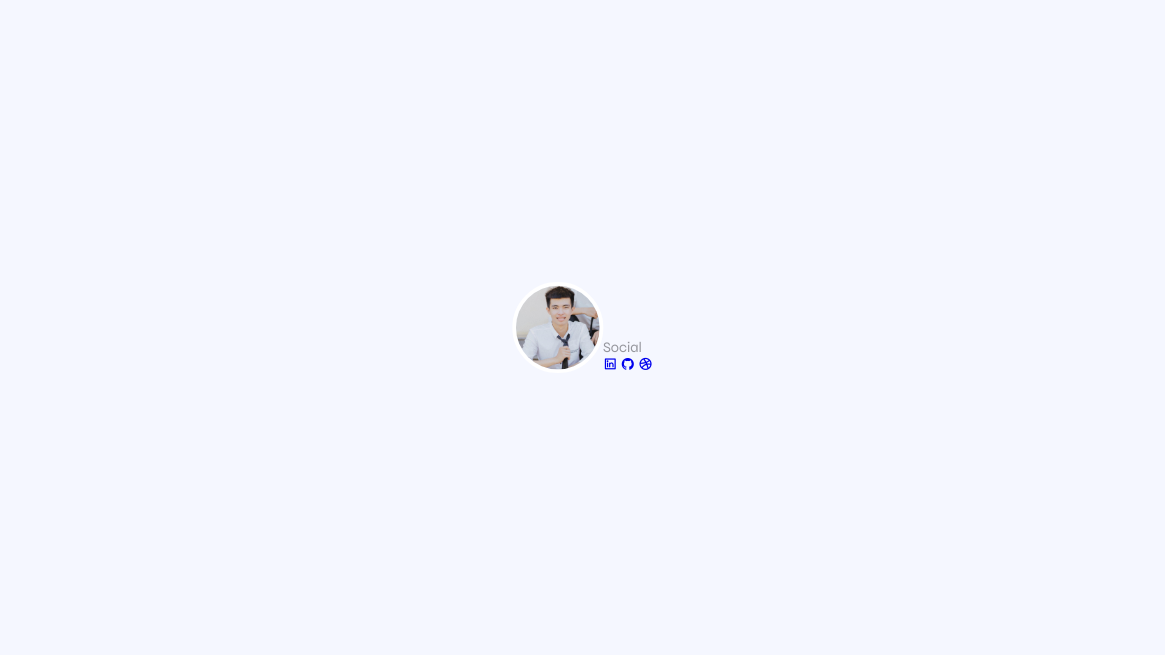
Repository: dinhhaidh/Profile
Page: index.html
An editor plug-in stored every save of this project. The page is shown before and after a run of saves, followed by the edit.
The browser window is 1280 px wide. The pictures show the whole page, at 91% of full size.
Some web libraries are served in a nearby version.

Above is the page before, as saved 2024-02-29 08:58:31.

### index.html
<!DOCTYPE html>
<html lang="en">
<head>
    <meta charset="UTF-8">
    <meta name="viewport" content="width=device-width, initial-scale=1.0">

    <!--=============== REMIXICONS ===============-->
    <link rel="stylesheet" href="https://cdnjs.cloudflare.com/ajax/libs/remixicon/4.0.1/remixicon.css">

    <!--=============== CSS ===============-->
    <link rel="stylesheet" href="style.css">

    <title>Profile card with tooltip</title>
</head>
<body>
    <div class="container">
        <article class="card__article">
            <div class="card__profile">
                <img src="./img/img.jpg" alt="image" class="card__profile-img">
            </div>

            <div class="card__tooltip">
                <div class="card__content">
                    <header class="card__header">
                        <span>Social</span>

                        <div class="card__social">
                            <a href="https://www.linkedin.com" target="_blank">
                                <i class="ri-linkedin-box-line"></i>
                            </a>

                            <a href="https://www.github.com" target="_blank">
                                <i class="ri-github-fill"></i>
                            </a>

                            <a href="https://www.dribbble.com" target="_blank">
                                <i class="ri-dribbble-line"></i>
                            </a>
                        </div>
                    </header>

                    <div class="card__data">
                        <div class="card__image">
                            <div class="card__mask">

                            </div>
                        </div>
                    </div>
                </div>
            </div>
        </article>
    </div>
</body>
</html>

### style.css
/*=============== GOOGLE FONTS ===============*/
@import url("https://fonts.googleapis.com/css2?family=Syne:wght@400;500;600&display=swap");

/*=============== VARIABLES CSS ===============*/
:root {
    /*========== Colors ==========*/
    /*Color mode HSL(hue, saturation, lightness)*/
    --first-color: hsl(230, 100%, 50%);
    --second-color: hsl(150, 100%, 38%);
    --title-color: hsl(230, 24%, 12%);
    --text-color: hsl(230, 4%, 60%);
    --gray-color: hsl(230, 24%, 88%);
    --border-color: hsl(230, 4%, 92%);
    --body-color: hsl(230, 100%, 98%);
    --container-color: hsl(0, 0%, 100%);

    /*========== Font and typography ==========*/
    /*.5rem = 8px | 1rem = 16px ...*/
    --body-font: "Syne", sans-serif;
    --h2-font-size: 1.25rem;
    --normal-font-size: 1rem;
}

/*=============== BASE ===============*/
* {
    box-sizing: border-box;
    padding: 0;
    margin: 0;
}

body {
    font-family: var(--body-font);
    font-size: var(--normal-font-size);
    background-color: var(--body-color);
    color: var(--text-color);
}

a {
    text-decoration: none;
}

img {
    display: block;
    max-width: 100%;
    height: auto;
}

/*=============== CARD ===============*/
.container{
    height: 100vh;
    display: grid;
    place-items: center;
    margin-inline: 1.5rem;
    padding-block: 7rem;
}
.card__article{
    position: relative;
    align-items: flex-end;
    display: flex;
    justify-content: center;
}
.card__profile{
    width: 100px;
    height: 100px;
    background-color: var(--gray-color);
    border-radius: 50%;
    overflow: hidden;
    display:flex;
    align-items: flex-end;
    justify-content: center;
    border: 4px solid var(--container-color);
    z-index: 5;
}
.card__profile-img{
    width: 95px;
}

/* Scale profile image */


/* Show tooltip card */


/*=============== BREAKPOINTS ===============*/
/* For medium devices */

After the next 2 saves:
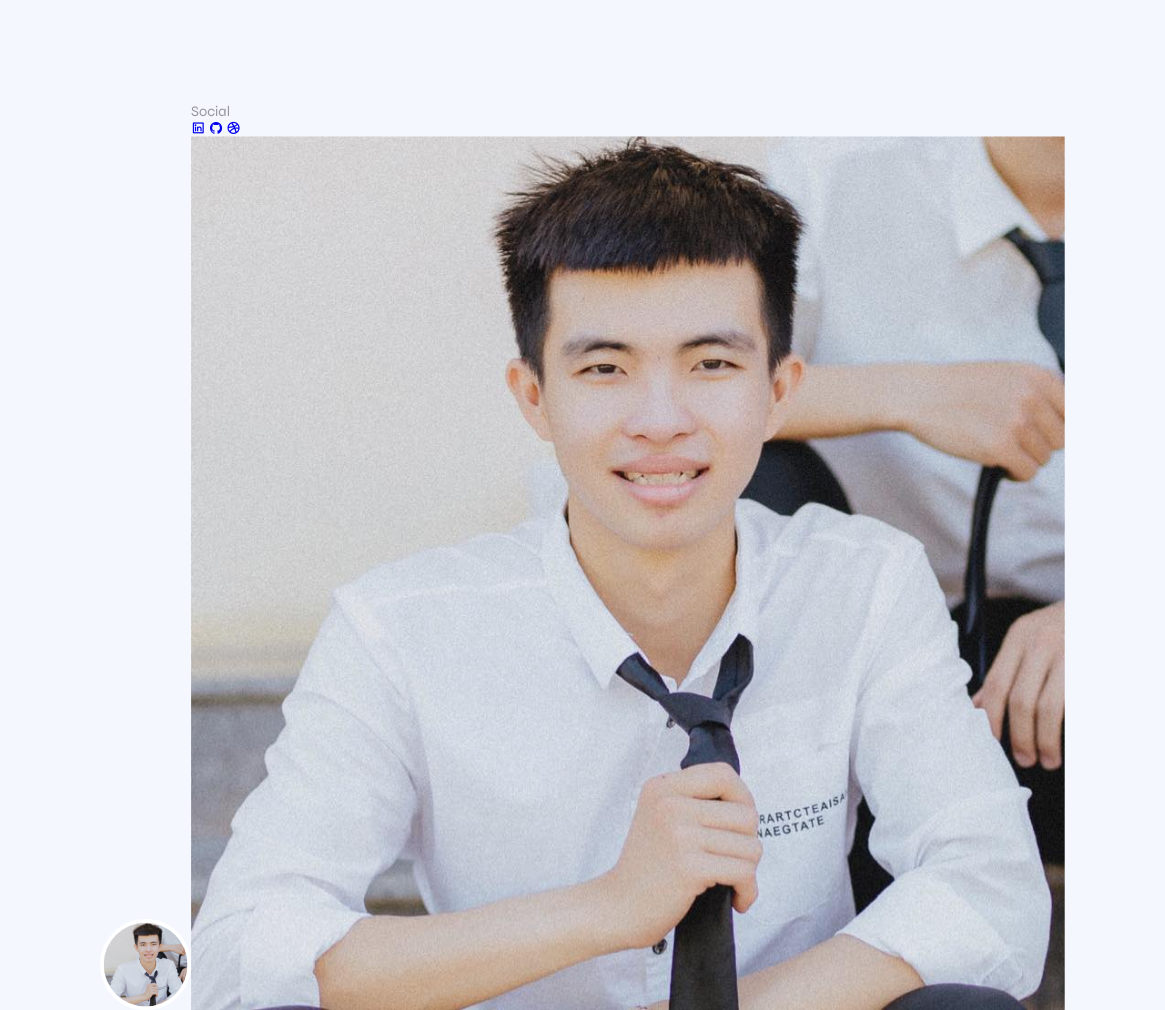
The 2 saves are shown as one change because they came seconds apart.
The last was saved 6 s later.
--- a/index.html
+++ b/index.html
@@ -42,7 +42,7 @@
                     <div class="card__data">
                         <div class="card__image">
                             <div class="card__mask">
-
+                                <img src="./img/img.jpg" alt="">
                             </div>
                         </div>
                     </div>
